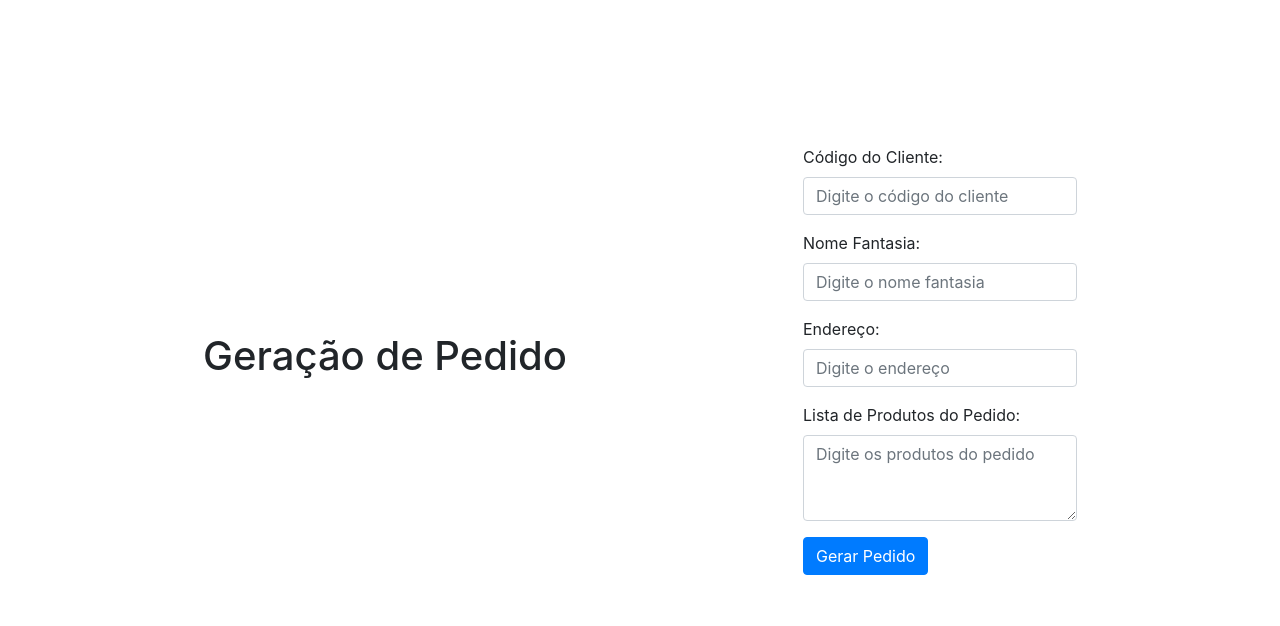
Repository: RobertoAntunes35/controle-estoque
Page: backend/templates/tirarPedidos.html
These files come from the project's save history. The page is drawn as it stood at one moment and after the next save; the edit follows.
The browser window is 1280 px wide. The pictures show the whole page.
Some web libraries are served in a nearby version. The template is drawn by Flask 3. The application's start-up code is not run. The template is opened directly, without the code that normally fills it, so the values that code supplies are empty.

Above is the page before, as saved 2023-06-05 15:41:02.

After the next save:
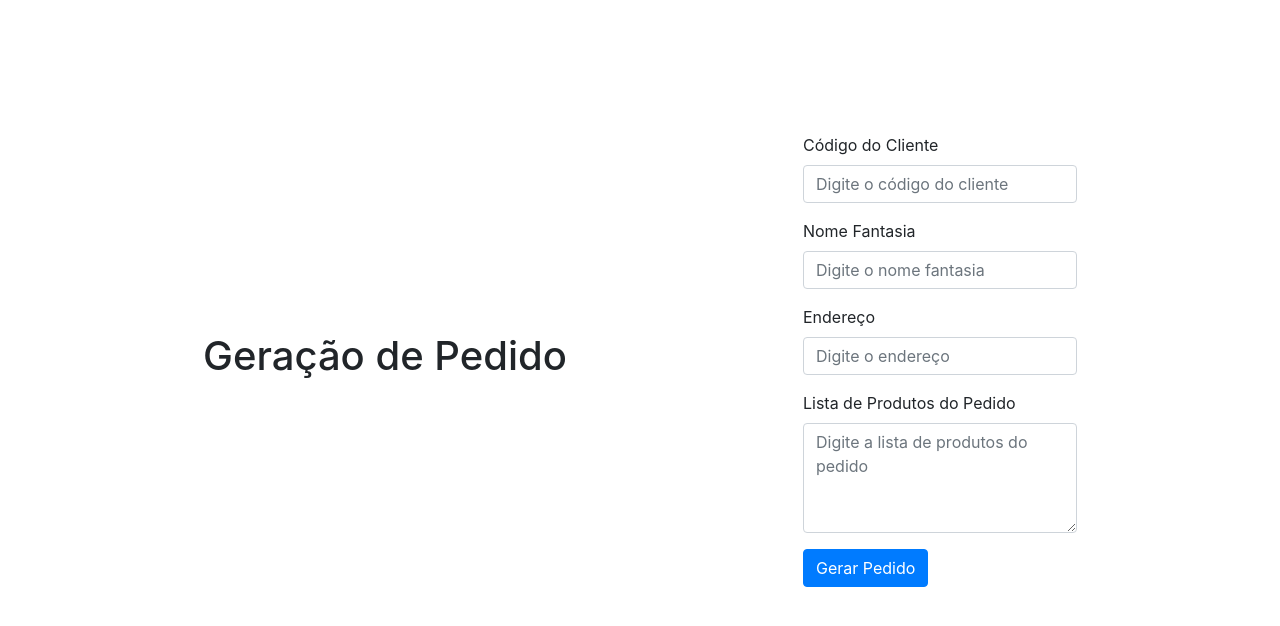
Saved 33 s later.
--- a/backend/templates/tirarPedidos.html
+++ b/backend/templates/tirarPedidos.html
@@ -4,35 +4,40 @@
 
 {% block main %}
 
+<body>
+    <div class="container">
+      <h1>Geração de Pedido</h1>
 
-<body>
-  <div class="container">
-    <h1>Geração de Pedido</h1>
-    <form>
-      <div class="form-group">
-        <label for="codigoCliente">Código do Cliente:</label>
-        <input type="text" class="form-control" id="codigoCliente" placeholder="Digite o código do cliente">
-      </div>
-      <div class="form-group">
-        <label for="nomeFantasia">Nome Fantasia:</label>
-        <input type="text" class="form-control" id="nomeFantasia" placeholder="Digite o nome fantasia">
-      </div>
-      <div class="form-group">
-        <label for="endereco">Endereço:</label>
-        <input type="text" class="form-control" id="endereco" placeholder="Digite o endereço">
-      </div>
-      <div class="form-group">
-        <label for="listaProdutos">Lista de Produtos do Pedido:</label>
-        <textarea class="form-control" id="listaProdutos" rows="3" placeholder="Digite os produtos do pedido"></textarea>
-      </div>
-      <button type="submit" class="btn btn-primary">Gerar Pedido</button>
-    </form>
-  </div>
+      <form>
+        <div class="form-group">
+          <label for="codigoCliente">Código do Cliente</label>
+          <input type="text" class="form-control" id="codigoCliente" placeholder="Digite o código do cliente">
+        </div>
 
-  <!-- Incluir os arquivos JavaScript do Bootstrap -->
-  <script src="https://code.jquery.com/jquery-3.2.1.slim.min.js"></script>
-  <script src="https://maxcdn.bootstrapcdn.com/bootstrap/4.0.0/js/bootstrap.min.js"></script>
-</body>
-</html>
+        <div class="form-group">
+          <label for="nomeFantasia">Nome Fantasia</label>
+          <input type="text" class="form-control" id="nomeFantasia" placeholder="Digite o nome fantasia">
+        </div>
+
+        <div class="form-group">
+          <label for="endereco">Endereço</label>
+          <input type="text" class="form-control" id="endereco" placeholder="Digite o endereço">
+        </div>
+
+        <div class="form-group">
+          <label for="listaProdutos">Lista de Produtos do Pedido</label>
+          <textarea class="form-control" id="listaProdutos" rows="4" placeholder="Digite a lista de produtos do pedido"></textarea>
+        </div>
+
+        <button type="submit" class="btn btn-primary">Gerar Pedido</button>
+      </form>
+    </div>
+
+    <!-- Incluindo o JavaScript do Bootstrap -->
+    <script src="https://code.jquery.com/jquery-3.3.1.slim.min.js"></script>
+    <script src="https://cdnjs.cloudflare.com/ajax/libs/popper.js/1.14.7/umd/popper.min.js"></script>
+    <script src="https://stackpath.bootstrapcdn.com/bootstrap/4.3.1/js/bootstrap.min.js"></script>
+  </body>
+
 
 {% endblock %}
